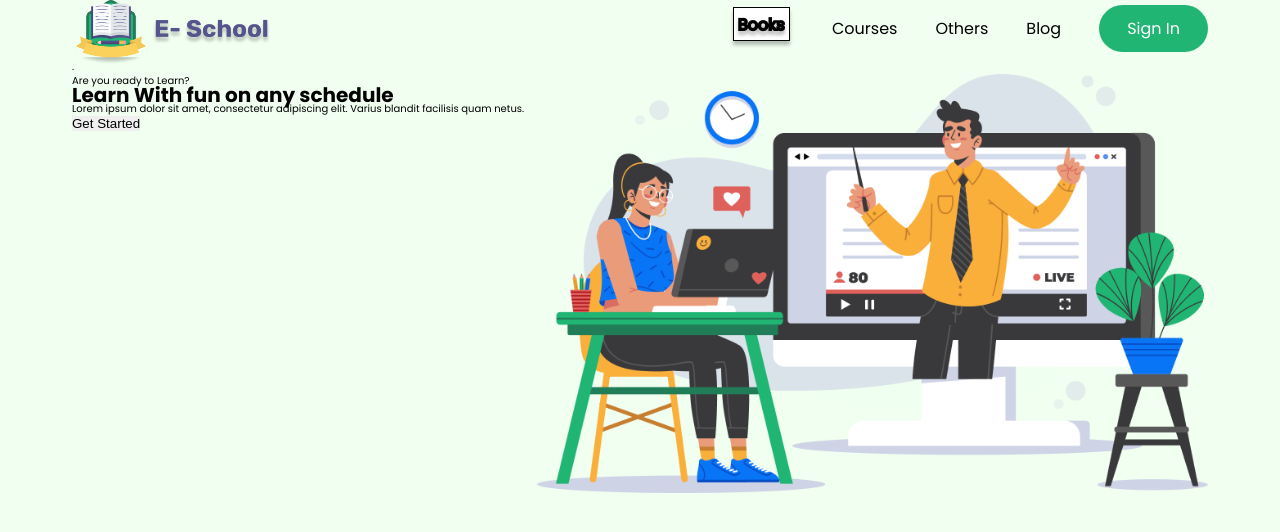
Repository: bijaythakur-code/E-school
Page: index.html
These files come from the project's save history. The page is drawn as it stood at one moment and after the next save; the edit follows.
The browser window is 1280 px wide. The pictures show the whole page.

Above is the page before, as saved 2022-05-11 15:00:34.
Console error: TypeError: Cannot set properties of null (setting 'textContent')

### index.html
<!DOCTYPE html>
<html lang="en">
  <head>
    <meta charset="UTF-8" />
    <meta http-equiv="X-UA-Compatible" content="IE=edge" />
    <meta name="viewport" content="width=device-width, initial-scale=1.0" />

    <link rel="preconnect" href="https://fonts.googleapis.com" />
    <link rel="preconnect" href="https://fonts.gstatic.com" crossorigin />
    <link
      href="https://fonts.googleapis.com/css2?family=Poppins:wght@400;500;700&family=Roboto&display=swap"
      rel="stylesheet"
    />

    <link rel="stylesheet" href="/css/general.css" />
    <link rel="stylesheet" href="/css/style.css" />
    <link rel="stylesheet" href="/css/queries.css" />
    <title>Starter Project</title>
  </head>
  <body>
    <header>
      <div class="container">
        <nav>
          <div class="logo">
            <a href="/">
              <img src="/img/logo.png" alt="E-school logo" />
            </a>
          </div>
          <ul class="main-nav">
            <li>
              <a href="/">
                <img src="/img/img-icon-books-nav.png" alt="E-school Books" />
              </a>
            </li>
            <li>
              <a class="nav-link" href="#">Courses</a>
            </li>
            <li>
              <a class="nav-link" href="#">Others</a>
            </li>
            <li>
              <a class="nav-link" href="#">Blog</a>
            </li>
            <li>
              <a class="sign-in nav-link" href="#">Sign In</a>
            </li>
          </ul>
        </nav>

        <!-- hero section -->
        .
        <div class="hero">
          <div class="hero-left">
            <p>Are you ready to Learn?</p>
            <h1>Learn With fun on <span>any schedule</span></h1>
            <p>
              Lorem ipsum dolor sit amet, consectetur adipiscing elit. Varius
              blandit facilisis quam netus.
            </p>
            <a href="#">
              <button class="btn-get-started">Get Started</button>
            </a>
          </div>
          <div class="hero-right">
            <img src="/img/image-hero.png" alt="E-school hero" />
        </div>
      </div>
    </header>
    <script src="js/script.js"></script>
  </body>
</html>

### css/general.css
/*
--- 01 TYPOGRAPHY SYSTEM

- Font sizes (px)


- Font weights
Default: 400
Medium: 500

Bold: 700


- Line heights
Default: 1
Small: 1.05
Medium: 1.2
Paragraph default: 1.6
Large: 1.8

- Letter spacing
-0.5px
0.75px

--- 02 COLORS

#000000 -- black
#21B573 -- primary
#FFFFFF -- white
#FD511A -- primary-shade-one
#413960 -- secondary
#585859 -- secondary-tint-one
#282531 -- footer background
#CDCDCD -- primary-tint-one

#F0FFF0 -- hero background

- Primary:
- Tints:


- Shades:


- Accents:
- Greys


--- 05 SHADOWS


--- 06 BORDER-RADIUS

Default: 9px
Medium: 11px

--- 07 WHITESPACE

- Spacing system (px)

*/

:root {
  /* COLORS VARIABLES */
  --primary-color: #21b573;
  --primary-shade-one: #fd511a;
  --primary-tint-one: #cdcdcd;

  --secondary-color: #413960;
  --secondary-tint-one: #585859;

  --hero-background: #f0fff0;
  --footer-background: #282531;

  --black-color: #000000;
  --white-color: #ffffff;
}

*,
*::after,
*::before {
  padding: 0;
  margin: 0;
  box-sizing: border-box;
}

html {
  /* font-size: 10px; */

  /* 10px / 16px = 0.625 = 62.5% */
  /* Percentage of user's browser font-size setting */
  font-size: 62.5%;

  /* Does NOT work on Safari */
  /* scroll-behavior: smooth; */
}

body {
  font-family: 'Poppins', sans-serif;
  line-height: 140%;
  font-weight: 400;
}

ul {
  list-style: none;
}

a {
  text-decoration: none;
}

img {
  max-width: 100%;
  height: auto;
}

button {
  border: none;
  outline: none;
  cursor: pointer;
}

/*=============== GENERAL REUSABLE CSS CLASSES ===============*/

.container {
  /* 1200px */
  max-width: 120rem;
  padding: 0 3.2rem;
  margin: 0 auto;
}

### css/style.css
/*=============== HEADER & NAV ===============*/

header {
  background-color: var(--hero-background);
  height: 100vh;
}
nav {
  display: flex;
  justify-content: space-between;
}

.main-nav {
  display: flex;
  justify-content: space-between;
  align-items: center;
  gap: 38px;
}

.logo {
  height: 60px;
  width: 200px;
}

.nav-link {
  font-family: 'Poppins', sans-serif;
  font-weight: 400;
  font-size: 16px;
  color: #000000;
}

.sign-in {
  color: #ffffff;
  padding: 12px 28px;
  width: 104px;
  height: 43px;
  background: #21b573;
  border-radius: 33px;
}

/* mobile menu */

/*=============== HERO SECTION ===============*/

.hero {
  display: flex;
}

.hero-left {
  width: 50%;
}

### css/queries.css
/* rem and em do NOT depend on html font-size in media queries! Instead, 1rem = 1em = 16px */

/**************************/
/* BELOW 1344px (Smaller desktops) */
/**************************/

@media (max-width: 84em) {
}

/**************************/
/* BELOW 1200px (Landscape Tablets) */
/**************************/

@media (max-width: 75em) {
  html {
    /* 9px / 16px  */
    font-size: 56.25%;
  }
}

/**************************/
/* BELOW 944px (Tablets) */
/**************************/

@media (max-width: 59em) {
  html {
    /* 8px / 16px = 0.5 = 50% */
    font-size: 50%;
  }
}

/**************************/
/* BELOW 704px (Smaller tablets) */
/**************************/

@media (max-width: 44em) {
}

/**************************/
/* BELOW 544px (Phones) */
/**************************/

@media (max-width: 34em) {
}

### js/script.js
///////////////////////////////////////////////////////////
// Set current year
const yearEl = document.querySelector('.year')
const currentYear = new Date().getFullYear()
yearEl.textContent = currentYear

///////////////////////////////////////////////////////////
// Make mobile navigation work

const btnNavEl = document.querySelector('.btn-mobile-nav')
const headerEl = document.querySelector('.nav-container')

btnNavEl.addEventListener('click', function () {
  headerEl.classList.toggle('nav-open')
})

///////////////////////////////////////////////////////////
// Smooth scrolling animation

const allLinks = document.querySelectorAll('a:link')

allLinks.forEach(function (link) {
  link.addEventListener('click', function (e) {
    e.preventDefault()
    const href = link.getAttribute('href')

    // Scroll back to top
    if (href === '#')
      window.scrollTo({
        top: 0,
        behavior: 'smooth',
      })

    // Scroll to other links
    if (href !== '#' && href.startsWith('#')) {
      const sectionEl = document.querySelector(href)
      sectionEl.scrollIntoView({ behavior: 'smooth' })
    }

    // Close mobile naviagtion
    if (link.classList.contains('nav-link'))
      headerEl.classList.toggle('nav-open')
  })
})

///////////////////////////////////////////////////////////
// Sticky navigation

const sectionHeroEl = document.querySelector('.hero')

const obs = new IntersectionObserver(
  function (entries) {
    const ent = entries[0]
    // console.log(ent)

    if (ent.isIntersecting === false) {
      document.body.classList.add('sticky')
    }

    if (ent.isIntersecting === true) {
      document.body.classList.remove('sticky')
    }
  },
  {
    // In the viewport
    root: null,
    threshold: 0,
    rootMargin: '-80px',
  }
)
obs.observe(sectionHeroEl)

After the next save:
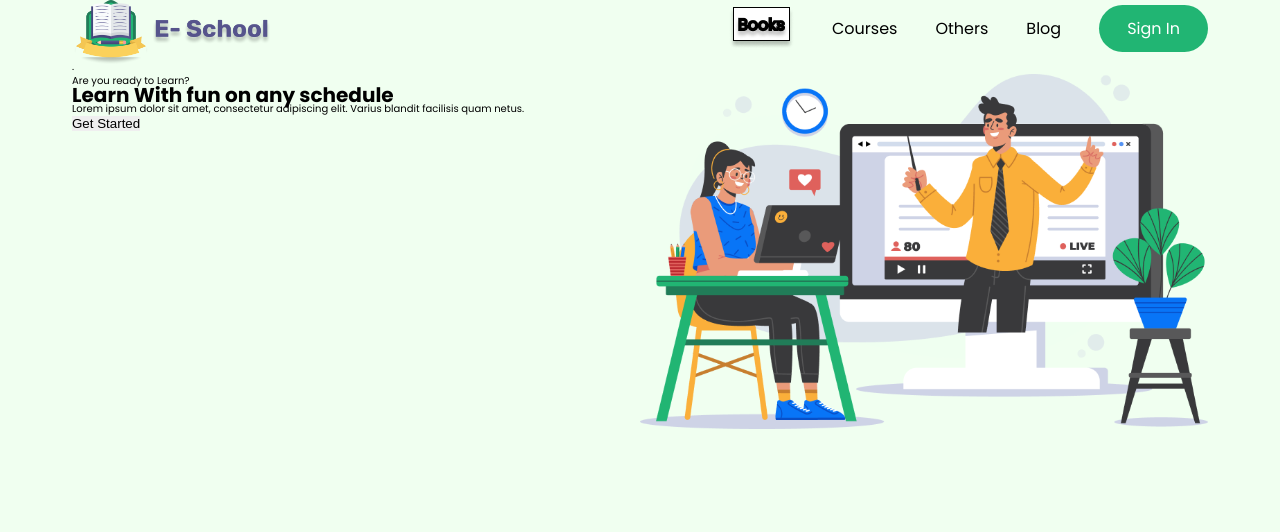
Saved 49 s later.
--- a/css/style.css
+++ b/css/style.css
@@ -48,3 +48,7 @@
 .hero-left {
   width: 50%;
 }
+
+.hero-right {
+  width: 50%;
+}
